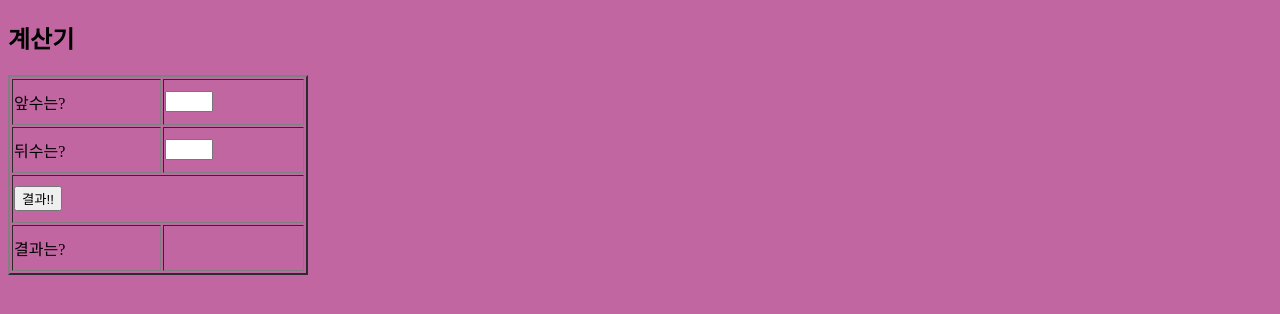
Repository: violetaplum/eclipseJSP
Page: http://localhost/JSP/calcTest.jsp
These files come from the project's save history. The page is drawn as it stood at one moment and after the next save; the edit follows.
The browser window is 1280 px wide. The pictures show the whole page.
The page is served by Tomcat 9.

Above is the page before, as saved 2019-06-07 12:10:34.

After the next save:
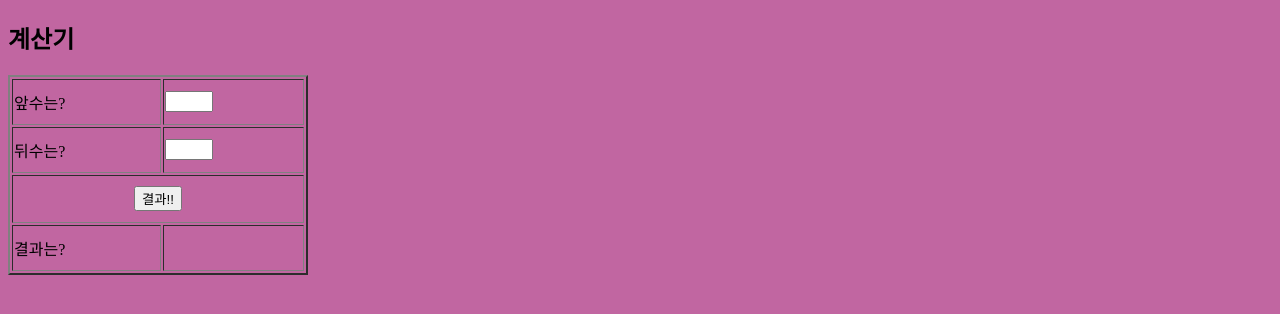
Saved 18 s later.
--- a/JSP/WebContent/calcTest.jsp
+++ b/JSP/WebContent/calcTest.jsp
@@ -30,7 +30,7 @@ body
       <input type="number" max="9" min="0" />
     </td>
   </tr>
-  <tr>
+  <tr align="center">
     <td colspan=2>
     <input type="submit" name="submit" value="결과!!" />
     </td>
